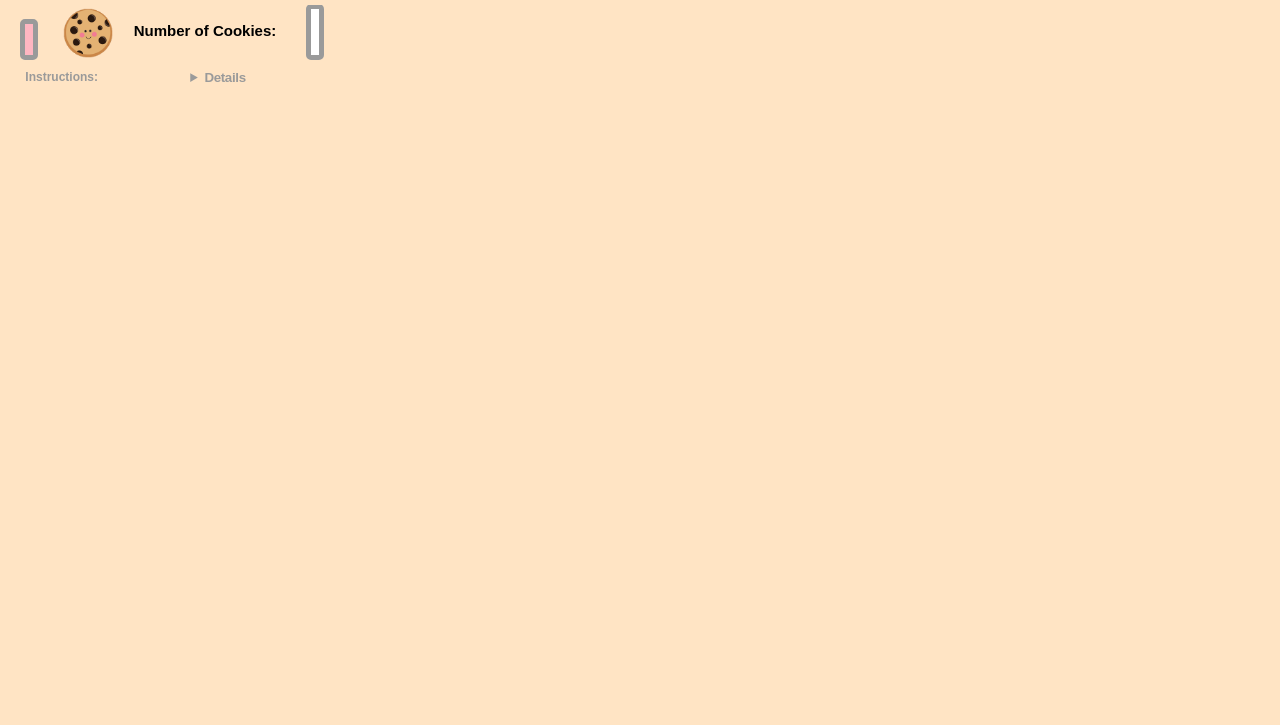
Repository: f00d4tehg0dz/elgato-streamdeck-cookie-clicker
Page: com.f00d4tehg0dz.cookieclicker.sdPlugin/cookieclicker.html
The author's editor kept a copy of each file at every save. The page is drawn from the files as they stood at one save, then again after the next save.
The browser window is 1280 px wide. The pictures show the whole page.

Above is the page before, as saved 2022-01-28 12:10:45.

After the next save:
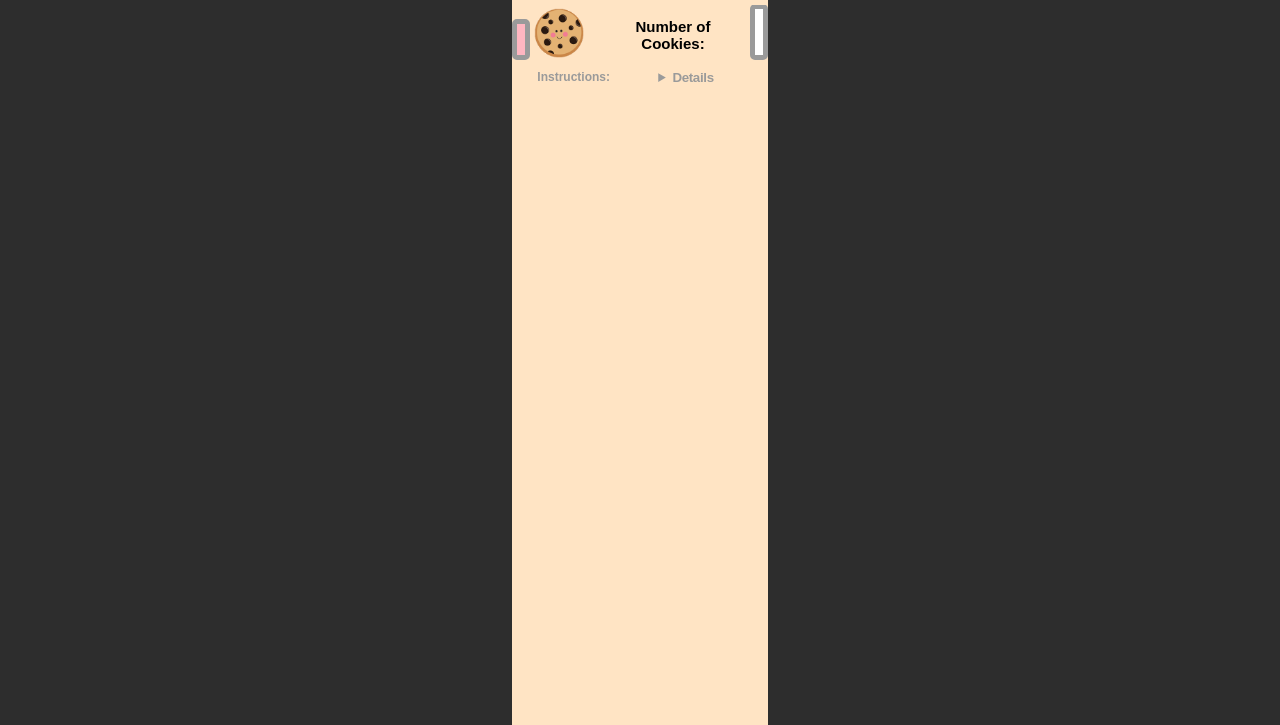
Saved 9 s later.
--- a/com.f00d4tehg0dz.cookieclicker.sdPlugin/css/styles.css
+++ b/com.f00d4tehg0dz.cookieclicker.sdPlugin/css/styles.css
@@ -5,6 +5,7 @@
   margin: auto;
   text-align: center;
   display: block;
+  width: 256px;
 }
 
 p {

After the save that followed:
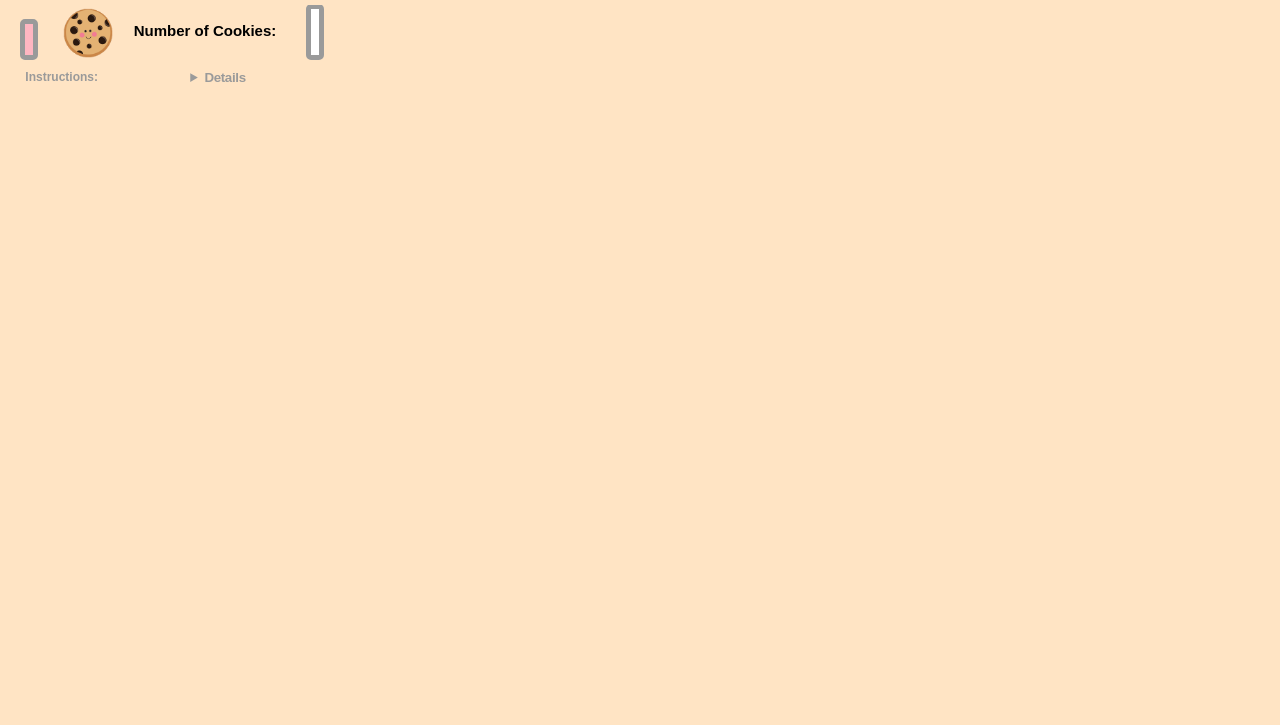
Saved 81 s later.
--- a/com.f00d4tehg0dz.cookieclicker.sdPlugin/css/styles.css
+++ b/com.f00d4tehg0dz.cookieclicker.sdPlugin/css/styles.css
@@ -5,7 +5,6 @@
   margin: auto;
   text-align: center;
   display: block;
-  width: 256px;
 }
 
 p {
